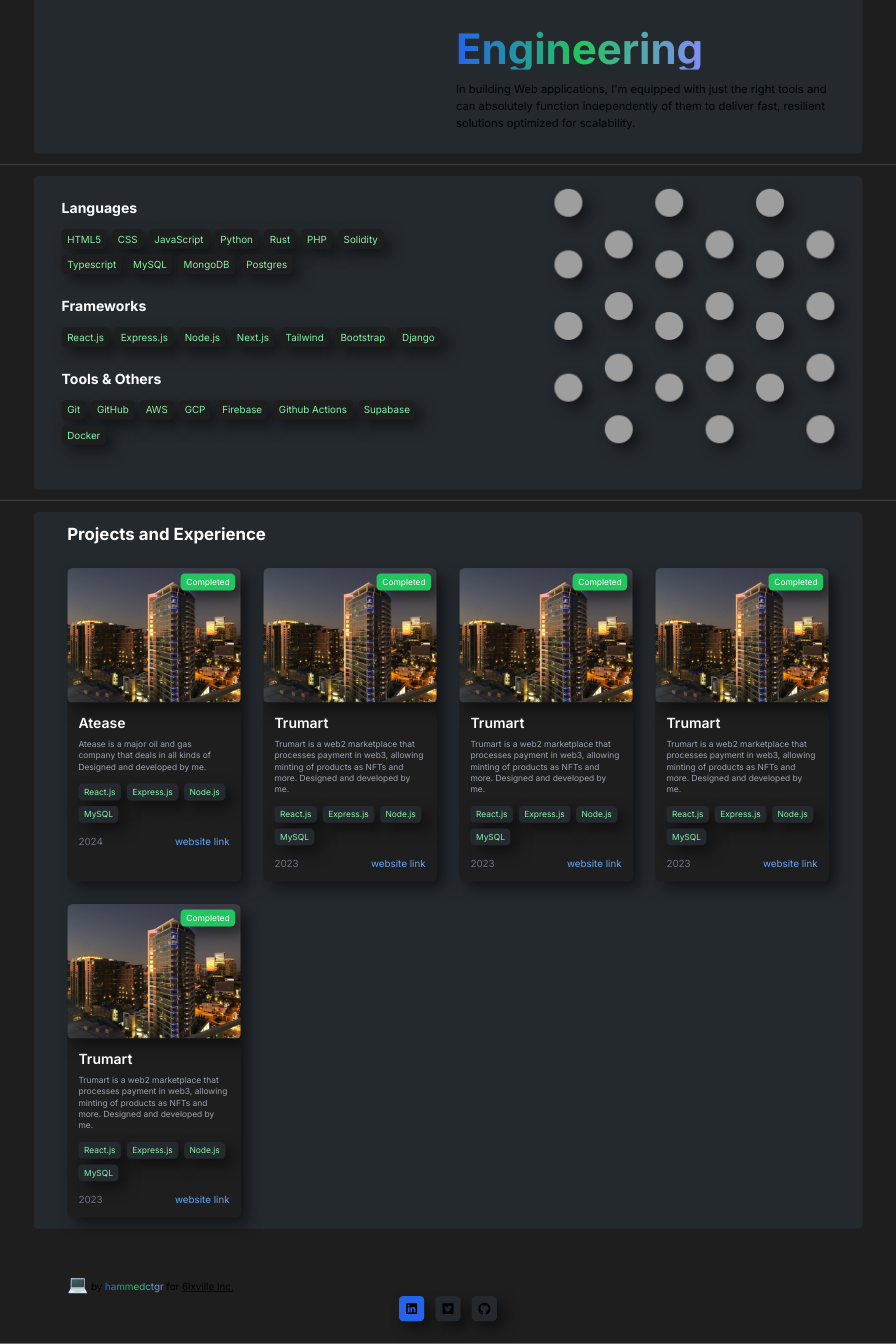
Repository: muhammedctgr/hammedctgr
Page: /
These files come from the project's save history. The page is drawn as it stood at one moment and after the next save; the edit follows.
The browser window is 1280 px wide. The pictures show the part of the page from y = 808 to 2728 px (the page is 2728 px tall), at 70% of full size.
Pictures or frames that could not be fetched are drawn as grey boxes. The project was rebuilt for these pictures with package versions that can differ from the ones it lists, and the page was loaded fresh each time. The framework's server and built-in components were replaced by stand-ins that run in the browser. Also part of the build but not shown: next.config.mjs.

Above is the page before, as saved 2024-08-13 21:32:10.

After the next save:
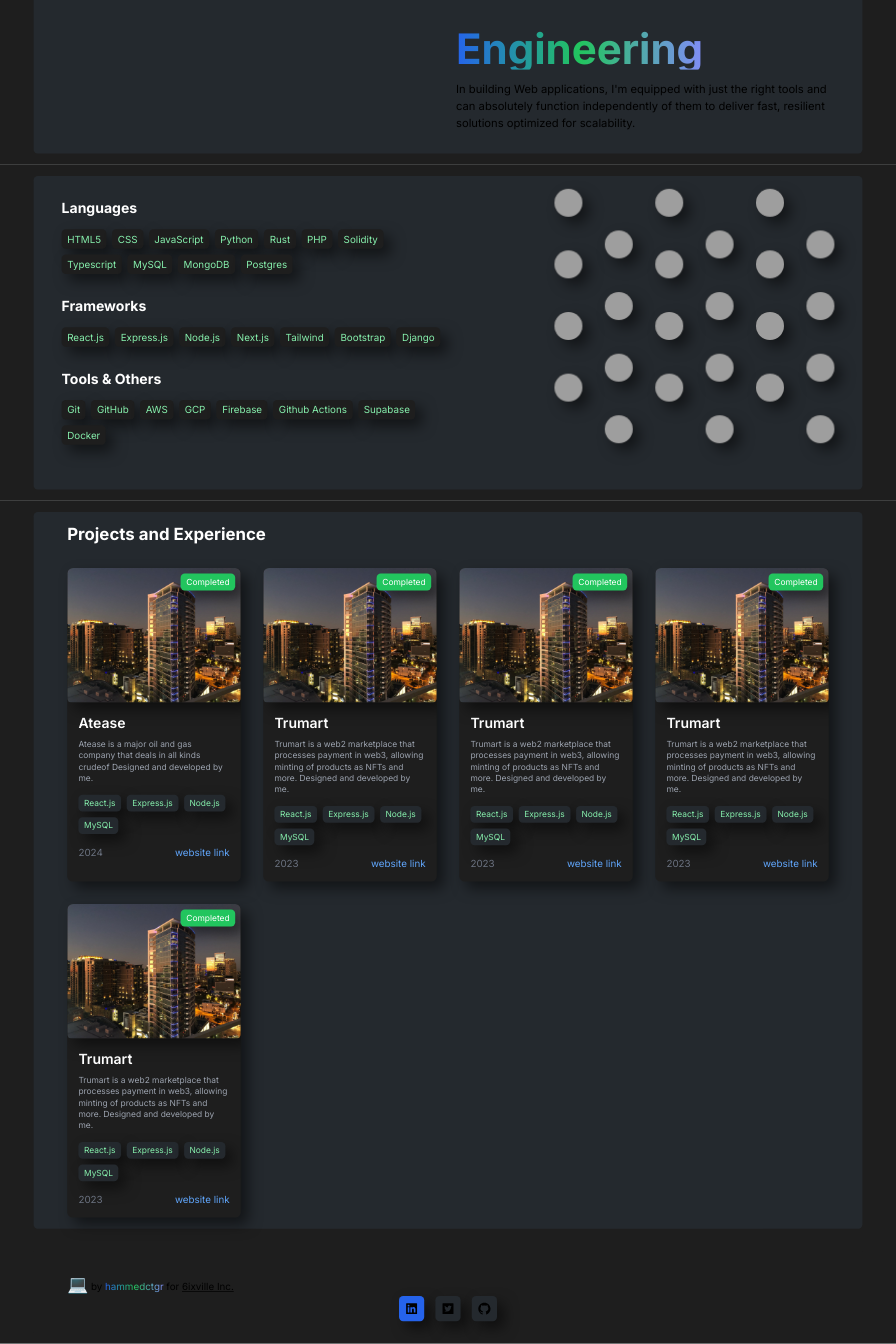
Saved 7 s later.
--- a/components/ProjectsSection.tsx
+++ b/components/ProjectsSection.tsx
@@ -13,7 +13,7 @@ interface Project {
 const projects: Project[] = [
   {
     title: "Atease",
-    description: "Atease is a major oil and gas company that deals in all kinds of Designed and developed by me.",
+    description: "Atease is a major oil and gas company that deals in all kinds crudeof Designed and developed by me.",
     technologies: ["React.js", "Express.js", "Node.js", "MySQL"],
     date: "2024",
     status: "Completed",
